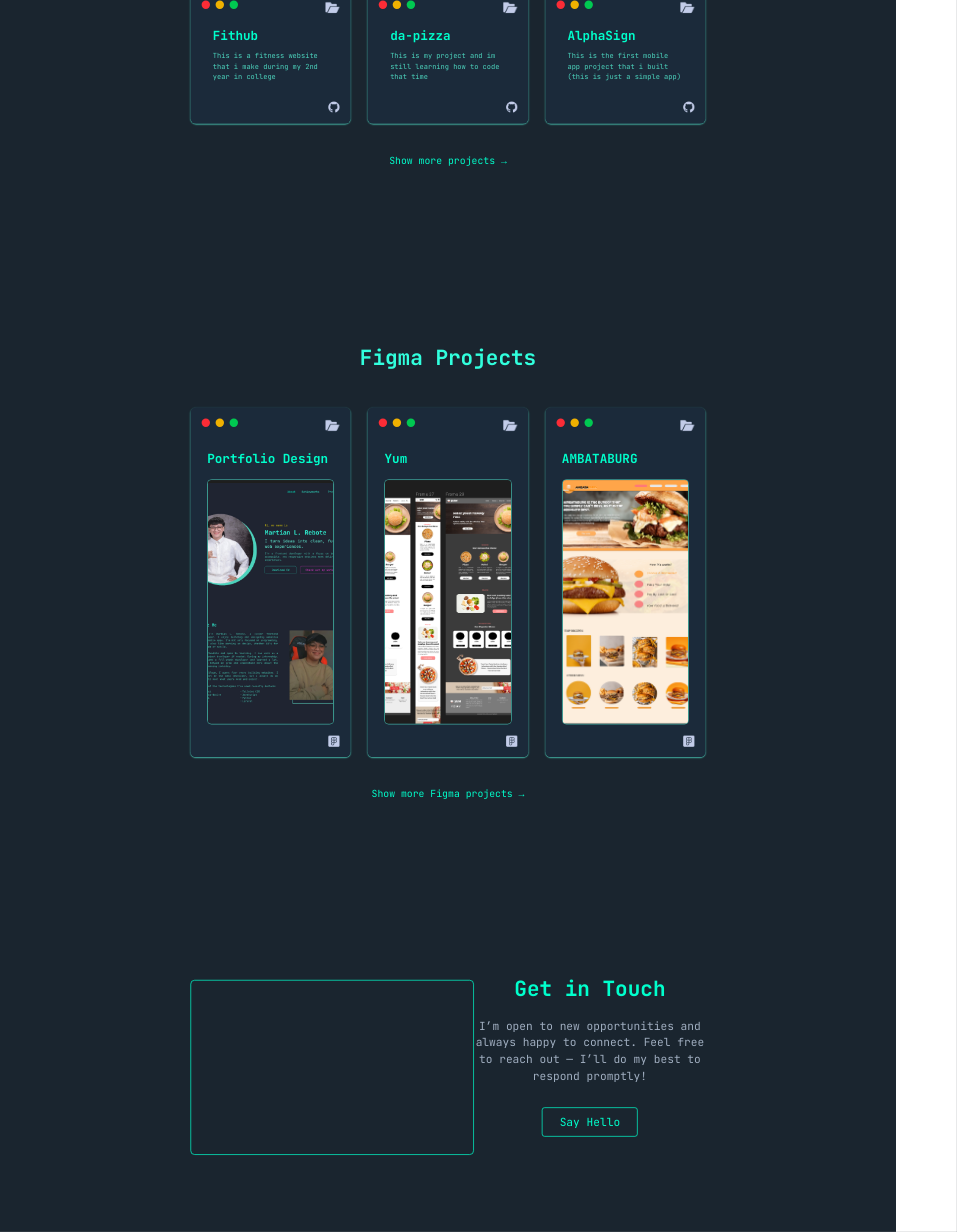
Repository: m4rsu-code/Portfolio
Page: / (app in my-portfolio/)
These files come from the project's save history. The page is drawn as it stood at one moment and after the next save; the edit follows.
The browser window is 1280 px wide. The page is 1367 px wide, so the pictures cover 1367 px, including what lies to the right of the window. The pictures show the part of the page from y = 3207 to 4967 px (the page is 4967 px tall before and 4955 px after), at 70% of full size.
The project was rebuilt for these pictures with package versions that can differ from the ones it lists, and the page was loaded fresh each time. Also part of the build but not shown: my-portfolio/vite.config.js, my-portfolio/src/assets/components/Modal/AchievementModal.jsx, my-portfolio/src/AchievementsPage.jsx, my-portfolio/src/ProjectPage.jsx, my-portfolio/src/FigmaProjectsPage.jsx.

Above is the page before, as saved 2025-08-04 18:18:11.

### my-portfolio/src/main.jsx
import { StrictMode } from "react";
import { createRoot } from "react-dom/client";
import { BrowserRouter as Router, Routes, Route } from "react-router-dom";
import "./assets/CSS/index.css";
import App from "./App.jsx";
import AchievementsPage from "./AchievementsPage.jsx";
import ProjectPage from "./ProjectPage.jsx";
import FigmaProjectsPage from "./FigmaProjectsPage.jsx";
import ScrollToTop from "./assets/components/ScrollToTop.jsx";

createRoot(document.getElementById("root")).render(
  <StrictMode>
    <Router>
      <ScrollToTop />
      <Routes>
        <Route path="/" element={<App />} />
        <Route path="/achievements" element={<AchievementsPage />} />
        <Route path="/projects" element={<ProjectPage />} />
        <Route path="/figma-projects" element={<FigmaProjectsPage />} />
      </Routes>
    </Router>
  </StrictMode>
);

### my-portfolio/src/assets/CSS/index.css
@import "tailwindcss";

@layer base {
  .font-jetbrains-mono {
    font-family: 'JetBrains Mono', monospace;
  }
}

### my-portfolio/src/App.jsx
import { useState } from 'react';
import { Link } from 'react-router-dom';
import Navbar from './assets/components/Navbar';
import AchievementModal from './assets/components/Modal/AchievementModal';
import './assets/CSS/animation.css';
import { achievements, projects, figmaProjects } from './assets/components/data';
import ScrollToTopButton from './assets/components/ScrollToTopButton';

function App() {
  const [isModalOpen, setIsModalOpen] = useState(false);
  const [selectedAchievement, setSelectedAchievement] = useState(null);

  const openModal = (achievement) => {
    setSelectedAchievement(achievement);
    setIsModalOpen(true);
  };

  const closeModal = () => {
    setIsModalOpen(false);
    setSelectedAchievement(null);
  };

  return (
    <div className='min-h-screen bg-[#1A252F]'>
      <Navbar />
      <ScrollToTopButton />
      <div className='w-full px-60 py-10'>
        {/* Introduction Section */}
        <div className="flex flex-col items-center justify-center mt-30">
          <div className="flex flex-col md:flex-row items-center justify-center gap-35 px-8 py-16">
            {/* Image with Glowing Effect */}
            <div className="relative">
              <div className="rounded-full border-[2px] border-[#00FFCC] overflow-hidden w-[500px] h-[500px] animate-glow">
                <img
                  src="/Images/me.png"
                  alt="Martian L. Rebote"
                  className="object-cover w-full h-full"
                />
              </div>
            </div>

            {/* Text Content */}
            <div className="text-center md:text-left font-jetbrains-mono">
              <div className='w-full md:w-[750px]'>
                <p className="text-[#FFEA00] text-[18px]">Hi, my name is</p>
                <h1 className="text-[#00FFCC] text-[45px] font-bold mt-2">Martian L. Rebote</h1>
                <p className="text-base text-[30px] font-bold text-[#57CDB9] mt-4">
                  I turn ideas into clean, functional web experiences.
                </p>
                <p className="mt-4 text-[#4CD2BC] leading-relaxed text-[18px]">
                  I’m a frontend developer with a focus on building fast, accessible, and responsive websites that deliver great user experiences.
                </p>
              </div>

              <div className="mt-6 flex flex-col sm:flex-row items-center gap-4">
                <a href="/Martian_Rebote_CV.pdf" className="border border-[#00FFCC] px-5 py-2 rounded-md text-[#00FFCC] hover:bg-[#00FFCC] hover:text-black transition-colors">
                  Download CV
                </a>
                <a href="#projects" className="border border-[#FF38E5] px-5 py-2 rounded-md text-[#FF38E5] hover:bg-[#FF38E5] hover:text-black transition-colors">
                  Check out my work!
                </a>
              </div>
            </div>
          </div>
        </div>

        {/* About Me Section */}
        <div id="about" className="flex flex-col mt-30">
          <div className='flex flex-col md:flex-row items-center justify-between gap-10 px-8 py-16'>
            <div className='w-full md:w-[800px] text-left font-jetbrains-mono'>
              <h2 className='text-[#31FFDD] text-[30px] font-bold mb-7'>About Me</h2>
              <div className='w-full md:w-[900px] text-justify px-5'>
                <p className='text-[#4CD2BC] text-[18px] mt-4'>
                  Hi, I’m Martian L. Rebote, a junior frontend developer. I enjoy building and designing websites and mobile apps. I’m not only focused on programming, but I also like working on design, whether it’s for the web or mobile.
                </p>
                <p className='text-[#4CD2BC] text-[18px] mt-4'>
                  I’m flexible and open to learning. I can work as a full-stack developer if needed. During my internship, I became a full-stack developer and learned a lot, which helped me grow and understand more about the programming industry.
                </p>
                <p className='text-[#4CD2BC] text-[18px] mt-4'>
                  Some of the technologies I’ve used recently include:
                </p>

                <div className='flex flex-col sm:flex-row gap-10 mt-4'>
                  <ul className='text-[#4CD2BC] text-[18px] mt-2 list-disc pl-5'>
                    <li>React</li>
                    <li>React-Native</li>
                    <li>HTML</li>
                    <li>CSS</li>
                  </ul>
                  <ul className='text-[#4CD2BC] text-[18px] mt-2 list-disc pl-5'>
                    <li>Tailwind CSS</li>
                    <li>JavaScript</li>
                    <li>Python</li>
                    <li>Laravel</li>
                  </ul>
                </div>
              </div>
            </div>

            <div className="relative image-container w-[380px] h-[450px] group cursor-pointer">
              <div className="absolute left-5 w-full h-full border-3 border-[#00FFCC] rounded-[10px] uneven-box z-0 transition-transform duration-300 ease-in-out"></div>
              <div className="relative z-10 rounded-[10px] overflow-hidden w-full h-full transition-transform duration-300 ease-in-out group-hover:translate-x-[-10px] group-hover:translate-y-[-10px]">
                <img
                  src="/Images/me2.jpg"
                  alt="Martian L. Rebote"
                  className="object-cover w-full h-full"
                />
              </div>
            </div>
          </div>
        </div>

        {/* Achievements Section */}
        <div id="achievements" className="flex flex-col mt-30 px-8 py-16 font-jetbrains-mono">
          <h2 className="text-[#31FFDD] text-[30px] font-bold mb-12">Notable Achievements</h2>

          {/* Cards Grid - Limited to first 2 achievements */}
          <div>
            {/* First Row */}
            <div className="grid md:grid-cols-2 gap-10">
              {/* Left card (code-like box with image) */}
              <div className="bg-[#1B2A3A] rounded-lg p-4 flex flex-col h-96">
                <div className="flex gap-2 mb-4">
                  <div className="w-3 h-3 bg-red-500 rounded-full"></div>
                  <div className="w-3 h-3 bg-yellow-500 rounded-full"></div>
                  <div className="w-3 h-3 bg-green-500 rounded-full"></div>
                </div>
                <div
                  className="border border-[#4CD2BC] rounded-md flex-grow overflow-hidden group cursor-pointer"
                  onClick={() => openModal(achievements[0])}
                >
                  <img
                    src={achievements[0].image}
                    alt="Achievement Image"
                    className="w-full h-full object-cover transition-transform duration-300 ease-in-out group-hover:scale-110"
                  />
                </div>
              </div>

              {/* Right card (trophy + achievement with text) */}
              <div className="flex flex-col h-64">
                <p className="text-[#31FFDD] text-sm mb-2">Featured Achievement</p>
                <h3 className="text-[#31FFDD] text-lg font-bold flex items-center gap-2">
                  🏆 {achievements[0].title}
                </h3>
                <div className="border border-[#4CD2BC] rounded-md flex-grow mt-4 p-4 text-[#4CD2BC] text-sm overflow-auto">
                  {achievements[0].description}
                </div>
                <p className="text-[#4CD2BC] text-sm mt-2">Date: {achievements[0].date}</p>
              </div>
            </div>

            {/* Second Row */}
            <div className="grid md:grid-cols-2 gap-10 mt-10">
              {/* Left card (trophy + achievement with text) */}
              <div className="flex flex-col h-64">
                <p className="text-[#31FFDD] text-sm mb-2">Featured Achievement</p>
                <h3 className="text-[#31FFDD] text-lg font-bold flex items-center gap-2">
                  🏆 {achievements[1].title}
                </h3>
                <div className="border border-[#4CD2BC] rounded-md flex-grow mt-4 p-4 text-[#4CD2BC] text-sm overflow-auto">
                  {achievements[1].description}
                </div>
                <p className="text-[#4CD2BC] text-sm mt-2">Date: {achievements[1].date}</p>
              </div>

              {/* Right card (code-like box with image) */}
              <div className="bg-[#1B2A3A] rounded-lg p-4 flex flex-col h-96">
                <div className="flex gap-2 mb-4">
                  <div className="w-3 h-3 bg-red-500 rounded-full"></div>
                  <div className="w-3 h-3 bg-yellow-500 rounded-full"></div>
                  <div className="w-3 h-3 bg-green-500 rounded-full"></div>
                </div>
                <div
                  className="border border-[#4CD2BC] rounded-md flex-grow overflow-hidden group cursor-pointer"
                  onClick={() => openModal(achievements[1])}
                >
                  <img
                    src={achievements[1].image}
                    alt="Achievement Image"
                    className="w-full h-full object-cover transition-transform duration-300 ease-in-out group-hover:scale-110"
                  />
                </div>
              </div>
            </div>
          </div>

          {/* Show more link */}
          <div className="text-center mt-10">
            <Link
                to="/achievements"
                state={{ achievements }}
                className="text-[#31FFDD] text-sm hover:underline"
              >
                Show more achievements →
              </Link>
          </div>
        </div>

        {/* Project Section */}
        <div id='projects' className="flex flex-col mt-30 px-8 py-16 font-jetbrains-mono">
          <h2 className="text-[#31FFDD] text-[30px] text-center font-bold mb-12">Featured Projects</h2>
          <div className="grid grid-cols-1 sm:grid-cols-2 lg:grid-cols-3 gap-6">
            {projects.slice(0, 6).map((project) => (
              <div
                key={project.id}
                className="bg-[#1B2A3A] rounded-lg p-4 flex flex-col h-48 relative group shadow-xs shadow-[#4CD2BC] cursor-pointer transform transition-transform duration-300 ease-in-out hover:-translate-y-2"
              >
                <div className="flex gap-2">
                  <div className="w-3 h-3 bg-red-500 rounded-full"></div>
                  <div className="w-3 h-3 bg-yellow-500 rounded-full"></div>
                  <div className="w-3 h-3 bg-green-500 rounded-full"></div>
                  <div className="justify-end ml-auto">
                    <img src="/Images/open-folder.png" alt="Folder Icon" className="w-5 h-5" />
                  </div>
                </div>
                <div className="text-left rounded-md flex-grow p-4">
                  <h3 className="text-[#00FFCC] text-[18px] font-bold mb-2">{project.title}</h3>
                  <p className="text-[#4CD2BC] text-[10px]">{project.description}</p>
                </div>
                <div className="flex justify-end gap-2">
                  {project.githubLink ? (
                    <a href={project.githubLink} target="_blank" rel="noopener noreferrer" aria-label={`View ${project.title} on GitHub`}>
                      <img
                        src="/Images/github.png"
                        alt="GitHub Icon"
                        className="w-4 h-4 hover:invert hover:brightness-0 hover:sepia hover:saturate-[100%]"
                      />
                    </a>
                  ) : (
                    <img
                      src="/Images/github.png"
                      alt="GitHub Icon"
                      className="w-4 h-4 hover:invert hover:brightness-0 hover:sepia hover:saturate-[100%]"
                    />
                  )}
                  {project.title === 'Portfolio' && project.link && (
                    <a href={project.link} target="_blank" rel="noopener noreferrer" aria-label="View Portfolio Website">
                      <img
                        src="/Images/link.png"
                        alt="Link Icon"
                        className="w-4 h-4 hover:invert hover:brightness-0 hover:sepia hover:saturate-[100%]"
                      />
                    </a>
                  )}
                </div>
              </div>
            ))}
          </div>

          {projects.length > 6 && (
            <div className="text-center mt-10">
              <Link
                to="/projects"
                state={{ projects }}
                className="text-[#00FFCC] text-sm hover:underline"
              >
                Show more projects →
              </Link>
            </div>
          )}
        </div>

        {/* Figma Projects Section */}
        <div className="flex flex-col mt-30 px-8 py-16 font-jetbrains-mono">
          <h2 className="text-[#31FFDD] text-[30px] text-center font-bold mb-12">Figma Projects</h2>
          <div className="grid grid-cols-1 sm:grid-cols-2 lg:grid-cols-3 gap-6">
            {figmaProjects.slice(0, 3).map((project) => (
              <div
                key={project.id}
                className="bg-[#1B2A3A] rounded-lg p-4 flex flex-col h-[500px] relative group shadow-xs shadow-[#4CD2BC] cursor-pointer transform transition-transform duration-300 ease-in-out hover:-translate-y-2"
              >
                {/* Header with window controls and folder icon */}
                <div className="flex gap-2 mb-4">
                  <div className="w-3 h-3 bg-red-500 rounded-full"></div>
                  <div className="w-3 h-3 bg-yellow-500 rounded-full"></div>
                  <div className="w-3 h-3 bg-green-500 rounded-full"></div>
                  <div className="justify-end ml-auto">
                    <img src="/Images/open-folder.png" alt="Folder Icon" className="w-5 h-5" />
                  </div>
                </div>

                {/* Project Title */}
                <div className="flex items-start justify-start p-2">
                  <h3 className="text-[#00FFCC] text-[18px] font-bold">{project.title}</h3>
                </div>

                {/* Image with Border and No Overlap */}
                <div className="flex-grow flex items-center justify-center p-2">
                  <div className="border border-[#4CD2BC] rounded-md w-full h-[350px] overflow-hidden ">
                    <img
                      src={project.image}
                      alt={`${project.title} Image`}
                      className="w-full h-full object-cover"
                      onError={(e) => (e.target.src = '/Images/fallback.png')}
                      loading="lazy"
                    />
                  </div>
                </div>

                {/* Figma Link */}
                <div className="flex justify-end gap-2 mt-2">
                  {project.figmaLink && (
                    <a
                      href={project.figmaLink}
                      target="_blank"
                      rel="noopener noreferrer"
                      aria-label={`View ${project.title} on Figma`}
                    >
                      <img
                        src="/Images/figma.png"
                        alt="Figma Icon"
                        className="w-4 h-4 hover:invert hover:brightness-0 hover:sepia hover:saturate-[100%]"
                      />
                    </a>
                  )}
                </div>
              </div>
            ))}
          </div>
          {figmaProjects.length > 3 && (
            <div className="text-center mt-10">
              <Link
                to="/figma-projects"
                state={{ figmaProjects }}
                className="text-[#00FFCC] text-sm hover:underline"
              >
                Show more Figma projects →
              </Link>
            </div>
          )}
        </div>

        {/* Contact section */}
        <div className="flex flex-col mt-30 px-8 py-16 font-jetbrains-mono">
          <div className="flex  items-center justify-center w-full">

            {/* Left side — the outlined box */}
            <div className="border border-[#00FFCC] md:w-[900px] md:h-[250px] rounded-md"></div>

            {/* Right side — text, button, and icons */}
            <div className="w-full text-center ">
              <h2 className="text-[#00FFCC] text-2xl md:text-3xl font-bold mb-6">Get in Touch</h2>
              <p className="text-[#A0AEC0] text-sm md:text-base mb-8 max-w-md">
                I’m open to new opportunities and always happy to connect. Feel free to reach out — I’ll do my best to respond promptly!
              </p>
              <button className="border border-[#00FFCC] text-[#00FFCC] px-6 py-2 rounded hover:bg-[#00FFCC] hover:text-[#131A26] transition duration-300 mb-8">
                Say Hello
              </button>

              {/* Social icons */}
              <div className="flex items-center justify-center md:justify-start gap-4 text-[#A0AEC0]">
                <a href="#" className="hover:text-[#00FFCC]">
                  <i className="fab fa-facebook text-2xl"></i>
                </a>
                <a href="#" className="hover:text-[#00FFCC]">
                  <i className="fab fa-instagram text-2xl"></i>
                </a>
                <a href="#" className="hover:text-[#00FFCC]">
                  <i className="fab fa-x-twitter text-2xl"></i>
                </a>
                <a href="#" className="hover:text-[#00FFCC]">
                  <i className="fab fa-linkedin text-2xl"></i>
                </a>
              </div>
            </div>
          </div>
        </div>


        {/* Modal */}
        {isModalOpen && selectedAchievement && (
          <AchievementModal
            image={selectedAchievement.image}
            title={selectedAchievement.title}
            description={selectedAchievement.description}
            date={selectedAchievement.date}
            onClose={closeModal}
          />
        )}
      </div>
    </div>
  );
}

export default App;

### my-portfolio/src/assets/components/ScrollToTop.jsx
import { useEffect } from 'react';
import { useLocation } from 'react-router-dom';

const ScrollToTop = () => {
  const { pathname } = useLocation();

  useEffect(() => {
    // Scrolls to the top of the window on pathname change
    window.scrollTo(0, 0);
  }, [pathname]);

  return null;
};

export default ScrollToTop;

### my-portfolio/src/assets/components/Navbar.jsx
import React from 'react';
import '../CSS/Navbar.css'; // Import the CSS for styling

function Navbar() {
  return (
    <nav className="w-full px-10 py-4 flex justify-between items-center fixed top-0 left-0 z-50 bg-transparent backdrop-blur-md font-jetbrains-mono">
      {/* Logo on the left */}
      <a href="/" className='text-3xl font-bold text-[#FF38E5] cursor-pointer'>m4rsu</a>
      {/* Navigation links on the right */}
      <div className='flex gap-10 text-base'>
        <a href='#about' className='text-[#31FFDD] text-[15px] font-light nav-link'>About</a>
        <a href='#achievements' className='text-[#31FFDD] text-[15px] font-light nav-link'>Achievements</a>
        <a href='#projects' className='text-[#31FFDD] text-[15px] font-light nav-link'>Projects</a>
        <a href='#contact' className='text-[#31FFDD] text-[15px] font-light nav-link'>Contact</a>
      </div>
    </nav>
  );
}

export default Navbar;

### my-portfolio/src/assets/CSS/animation.css
@keyframes glow {
  0% {
    box-shadow: 0 0 5px #00FFCC, 0 0 10px #00FFCC, 0 0 15px #00FFCC, 0 0 20px #00FFCC;
  }
  50% {
    box-shadow: 0 0 10px #00FFCC, 0 0 20px #00FFCC, 0 0 30px #00FFCC, 0 0 40px #00FFCC;
  }
  100% {
    box-shadow: 0 0 5px #00FFCC, 0 0 10px #00FFCC, 0 0 15px #00FFCC, 0 0 20px #00FFCC;
  }
}

@keyframes glow {
  0% {
    box-shadow: 0 0 5px #00FFCC, 0 0 10px #00FFCC;
  }
  50% {
    box-shadow: 0 0 15px #00FFCC, 0 0 25px #00FFCC;
  }
  100% {
    box-shadow: 0 0 5px #00FFCC, 0 0 10px #00FFCC;
  }
}

.animate-glow {
  animation: glow 2s ease-in-out infinite;
}

.uneven-box {
  transform: translateY(20px); /* move it downward initially */

  transition: transform 0.3s ease-in-out;
}

.image-container:hover .uneven-box {
  transform: translateY(30px); /* move it further down on hover */
}

### my-portfolio/src/assets/CSS/Navbar.css
.nav-link {
  position: relative;
  text-decoration: none;
}

.nav-link::after {
  content: '';
  position: absolute;
  width: 100%;
  height: 2px;
  bottom: -2px;
  left: 0;
  background-color: #31FFDD;
  transform: scaleX(0);
  transform-origin: bottom right;
  transition: transform 0.3s ease-in-out;
}

.nav-link:hover::after {
  transform: scaleX(1);
  transform-origin: bottom left;
}

Loaded but not shown: my-portfolio/index.html (common file); my-portfolio/src/assets/components/data.jsx (105 lines, source omitted); my-portfolio/src/assets/components/ScrollToTopButton.jsx (68 lines, source omitted)

After the next save:
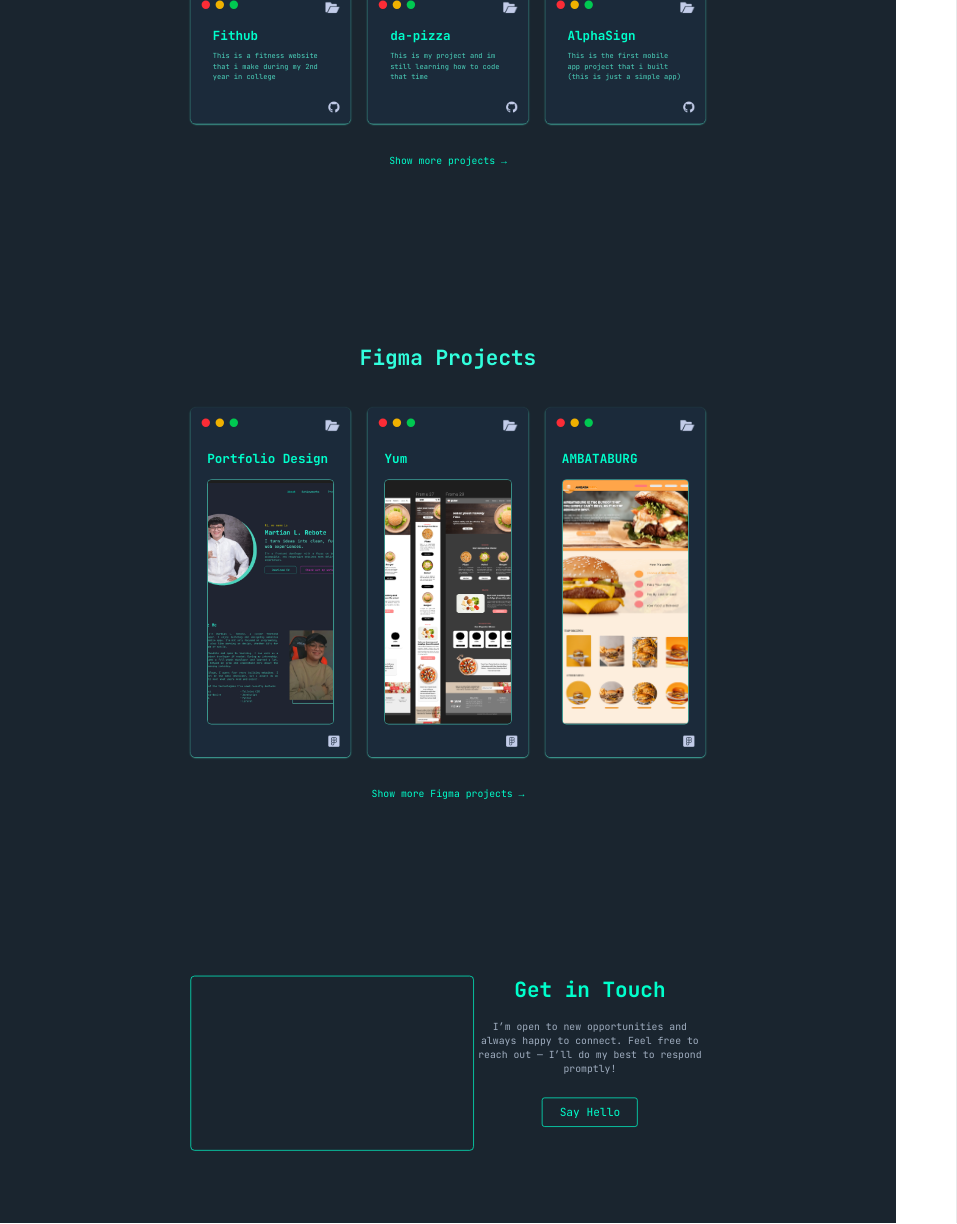
Saved 19 s later.
--- a/my-portfolio/src/App.jsx
+++ b/my-portfolio/src/App.jsx
@@ -341,7 +341,7 @@ function App() {
             {/* Right side — text, button, and icons */}
             <div className="w-full text-center ">
               <h2 className="text-[#00FFCC] text-2xl md:text-3xl font-bold mb-6">Get in Touch</h2>
-              <p className="text-[#A0AEC0] text-sm md:text-base mb-8 max-w-md">
+              <p className="text-[#A0AEC0] text-sm  mb-8 max-w-md">
                 I’m open to new opportunities and always happy to connect. Feel free to reach out — I’ll do my best to respond promptly!
               </p>
               <button className="border border-[#00FFCC] text-[#00FFCC] px-6 py-2 rounded hover:bg-[#00FFCC] hover:text-[#131A26] transition duration-300 mb-8">
